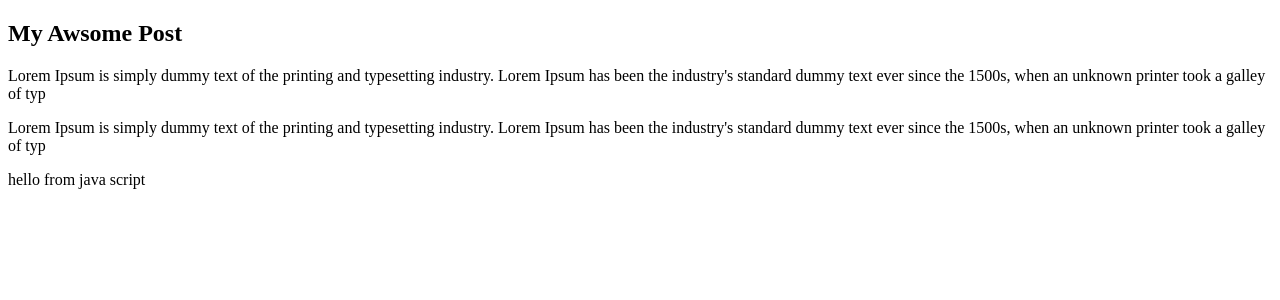
Repository: nema38/30DaysTrainning
Page: 30Days07/index.html
The author's editor kept a copy of each file at every save. The page is drawn from the files as they stood at one save, then again after the next save.
The browser window is 1280 px wide. The pictures show the whole page.
Some web libraries are served in a nearby version.

Above is the page before, as saved 2014-04-16 15:50:50.

### 30Days07/index.html
<!DOCTYPE html>
<html>
	<head>
		<meta charset=utf-8>
		<title>Appending Content</title>

	</head>
	<body>

		<article>
			<h1>My Awsome Post</h1>
			<p>
				Lorem Ipsum is simply dummy text of the printing and typesetting industry. Lorem Ipsum has been the industry's standard dummy text ever since the 1500s, when an unknown printer took a galley of typ
			</p>
			<p>
				Lorem Ipsum is simply dummy text of the printing and typesetting industry. Lorem Ipsum has been the industry's standard dummy text ever since the 1500s, when an unknown printer took a galley of typ
			</p>
		</article>

		<script src="http://ajax.googleapis.com/ajax/libs/jquery/1.11.0/jquery.min.js"></script>

		<script>
			(function() {
				$('article').append("hello from java script");
			})();
		</script>

	</body>
</html>

After the next save:
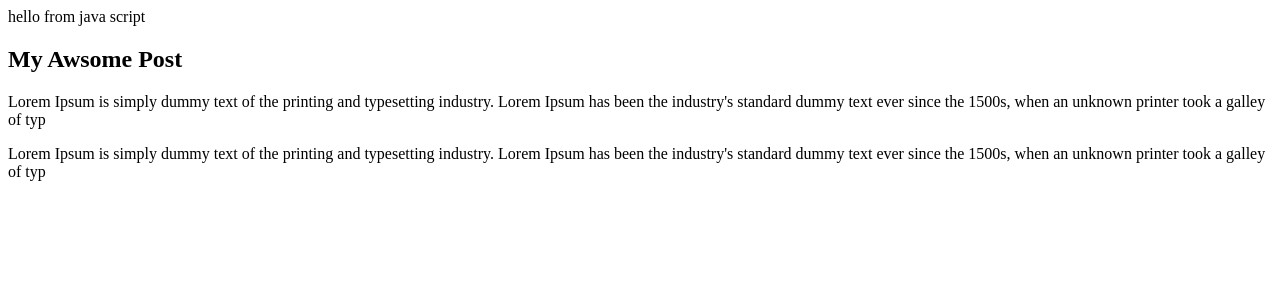
Saved 43 s later.
--- a/30Days07/index.html
+++ b/30Days07/index.html
@@ -21,7 +21,7 @@
 
 		<script>
 			(function() {
-				$('article').append("hello from java script");
+				$('article').prepend("hello from java script");
 			})();
 		</script>
 
